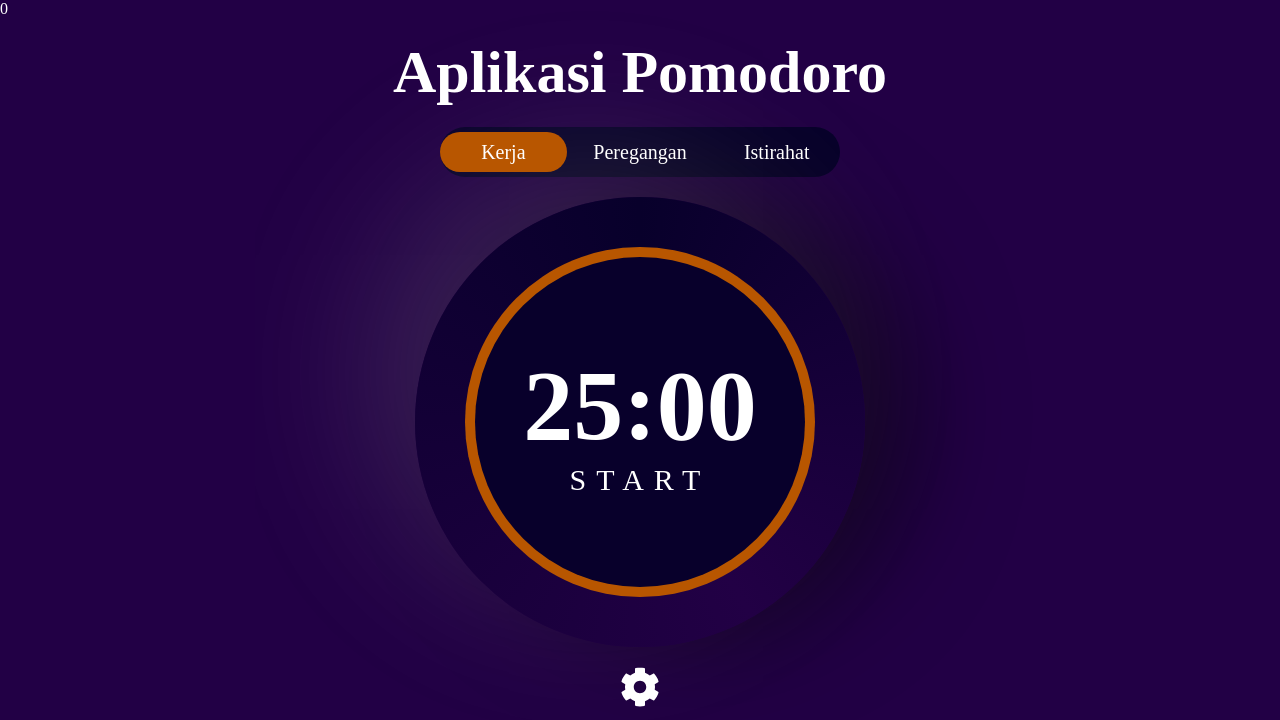
Repository: sellayspy/aplikasiPomodoro
Page: /
The author's editor kept a copy of each file at every save. The page is drawn from the files as they stood at one save, then again after the next save.
The browser window is 1280 px wide. The pictures show the whole page.
The project was rebuilt for these pictures with package versions that can differ from the ones it lists, and the page was loaded fresh each time. Also part of the build but not shown: vite.config.js.

Above is the page before, as saved 2024-11-25 16:19:19.

### index.html
<!DOCTYPE html>
<html lang="en">
  <head>
    <meta charset="UTF-8" />
    <link rel="icon" type="image/svg+xml" href="/vite.svg" />
    <meta name="viewport" content="width=device-width, initial-scale=1.0" />
    <title>Aplikasi Pomodoro</title>
  </head>
  <body>
    <div id="root"></div>
    <script type="module" src="/src/main.jsx"></script>
  </body>
</html>

### src/main.jsx
import { StrictMode } from "react";
import { createRoot } from "react-dom/client";
import { createGlobalStyle, ThemeProvider } from "styled-components";
import App from "./App.jsx";
import StateProvider from "./components/StateProvider.jsx";

const GlobalStyle = createGlobalStyle`

*{
  margin: 0;
  padding: 0;
  box-sizing: border-box;
}

  html,body{
    background-color: ${(props) => props.theme.colors.bg};;
    font-size: 62.5%;
  }

  body{
    font-size: 1.6rem;
    color: white;
  }

`;

const theme = {
  colors: {
    primary: "#b85600",
    secondary: "#08002b",
    bg: "#220045",
  },
};

createRoot(document.getElementById("root")).render(
  <StrictMode>
    <StateProvider>
      <ThemeProvider theme={theme}>
        <GlobalStyle />
        <App />
      </ThemeProvider>
    </StateProvider>
  </StrictMode>
);

### src/App.jsx
import styled from "styled-components";
import Judul from "./components/Judul";
import Timer from "./components/Timer";
import Modal from "./components/Settings/Modal";
import { useState } from "react";
import { FaCog } from "react-icons/fa";

function App() {
  const [isOpen, setIsOpen] = useState(false);

  const onClose = () => {
    setIsOpen(false);
  };
  const onOpen = () => {
    setIsOpen(true);
  };
  return (
    <>
      <Modal onOpen={onOpen} onClose={onClose} />
      <Title>Aplikasi Pomodoro</Title>
      <Judul />
      <Timer />

      <CogIcon onClick={onOpen}>
        <FaCog />
      </CogIcon>
    </>
  );
}

export default App;

const Title = styled.h1`
  font-size: 6rem;
  padding: 2rem 0;
  text-align: center;
`;

const CogIcon = styled.div`
  display: flex;
  justify-content: center;
  font-size: 4rem;
`;

### src/components/StateProvider.jsx
import { createContext, useEffect, useState } from "react";
export const StateContext = createContext();

const StateProvider = ({ children }) => {
  const [waktuKerja, setWaktuKerja] = useState(25 * 60);
  const [peregangan, setPeregangan] = useState(5 * 60);
  const [istirahat, setIstirahat] = useState(30 * 60);

  const [initialWaktu, setInitialWaktu] = useState(0);

  const [activeJudul, setActiveJudul] = useState(0);
  const [progress, setProgress] = useState(55);
  const [time, setTime] = useState(500);
  const [isActive, setIsActive] = useState(false);

  useEffect(() => {
    switch (activeJudul) {
      case 0:
        setTime(waktuKerja);
        setInitialWaktu(waktuKerja);
        break;
      case 1:
        setTime(peregangan);
        setInitialWaktu(peregangan);
        break;
      case 2:
        setTime(istirahat);
        setInitialWaktu(istirahat);
        break;
      default:
        break;
    }
  }, [activeJudul, waktuKerja, peregangan, istirahat]);

  return (
    <StateContext.Provider
      value={{
        activeJudul,
        setActiveJudul,
        progress,
        setProgress,
        isActive,
        setIsActive,
        time,
        setTime,
        initialWaktu,
        setInitialWaktu,
      }}
    >
      {children}
    </StateContext.Provider>
  );
};

export default StateProvider;

### src/components/Judul.jsx
import styled, { css } from "styled-components";
import { useContext } from "react";
import { StateContext } from "./StateProvider";

const Judul = () => {
  const { activeJudul, setActiveJudul } = useContext(StateContext);

  const handleJudulClick = (index) => {
    setActiveJudul(index);
  };
  return (
    <JudulContainer>
      {["Kerja", "Peregangan", "Istirahat"].map((tag, i) => (
        <Tag
          onClick={() => handleJudulClick(i)}
          active={activeJudul === i}
          key={i}
        >
          {tag}
        </Tag>
      ))}
    </JudulContainer>
  );
};

export default Judul;

const JudulContainer = styled.div`
  background: ${(props) => props.theme.colors.secondary};
  height: 5rem;
  width: 40rem;
  margin: 0 auto;
  border-radius: 5rem;
  display: flex;
  gap: 1rem;
  align-items: center;
`;

const Tag = styled.button`
  all: unset;
  height: 4rem;
  text-align: center;
  border-radius: 5rem;
  flex: 1;
  font-size: 2rem;

  ${({ active }) =>
    active &&
    css`
      background: ${(props) => props.theme.colors.primary};
    `}
`;

### src/components/Timer.jsx
import styled from "styled-components";
import TimerProgress from "./TimerProgress";

const Timer = () => {
  return (
    <TimerContainer>
      <TimerProgress />
    </TimerContainer>
  );
};

export default Timer;

const TimerContainer = styled.div`
  background: conic-gradient(
    ${(props) => props.theme.colors.secondary},
    ${(props) => props.theme.colors.bg} 150deg,
    ${(props) => props.theme.colors.secondary}
  );

  width: 45rem;
  height: 45rem;

  margin: 2rem auto;
  border-radius: 50%;
  display: grid;
  place-items: center;
  box-shadow: -50px -50px 150px rgba(158, 158, 158, 0.2),
    50px -10px 100px rgba(0, 0, 0, 0.5);
`;

### src/components/Settings/Modal.jsx
import Backdrop from "./Backdrop";
import ModalContainer from "./ModalContainer";

const Modal = ({ onOpen, onClose }) => {
  return (
    <>
      {onOpen &
      (
        <>
          <Backdrop />
          <ModalContainer onOpen={onOpen} onClose={onClose} />
        </>
      )}
    </>
  );
};

export default Modal;

### src/components/TimerProgress.jsx
import { useContext, useEffect } from "react";
import styled from "styled-components";
import Waktu from "./Waktu";
import { StateContext } from "./StateProvider";
import Timer from "./Timer";

const TimerProgress = () => {
  const { progress, setProgress, time, initialWaktu } =
    useContext(StateContext);

  useEffect(() => {
    setProgress(time / (initialWaktu / 100));
  }, [setProgress, time]);

  return (
    <OuterCircle progress={progress}>
      <InnerCircle>
        <Waktu />
      </InnerCircle>
    </OuterCircle>
  );
};

export default TimerProgress;

const OuterCircle = styled.div`
  width: 35rem;
  height: 35rem;

  border-radius: 50%;
  display: grid;
  place-items: center;
  background: conic-gradient(
    ${(props) => props.theme.colors.primary} ${({ progress }) => progress}%,
    transparent ${({ progress }) => progress}%
  );
`;

const InnerCircle = styled.div`
  width: 33rem;
  height: 33rem;
  background: ${(props) => props.theme.colors.secondary};

  border-radius: 50%;
  display: grid;
  place-items: center;
`;

### src/components/Waktu.jsx
import { useEffect, useContext } from "react";
import styled from "styled-components";
import { StateContext } from "./StateProvider";

const Waktu = () => {
  const { time, setTime, isActive, setIsActive, initialWaktu } =
    useContext(StateContext);
  useEffect(() => {
    if (isActive && time > 0) {
      const interval = setInterval(() => {
        setTime((time) => time - 1);
      }, 1000);

      return () => clearInterval(interval);
    }
  }, [time, isActive]);

  const buttonClick = () => {
    setIsActive(!isActive);
  };

  const buttonReset = () => {
    setTime(initialWaktu);
    setIsActive(false);
  };

  const getTime = (time) => {
    const min = Math.floor(time / 60);
    const sec = time % 60;
    return `${min < 10 ? "0" + min : min}:${sec < 10 ? "0" + sec : sec}`;
  };

  return (
    <ClockContainer>
      <TimerText>{getTime(time)}</TimerText>
      <StartPauseButton onClick={buttonClick}>
        {isActive ? "Pause" : "Start"}
      </StartPauseButton>
      {time === 0 && <ResetButton onClick={buttonReset}>RESET</ResetButton>}
    </ClockContainer>
  );
};

export default Waktu;
const ClockContainer = styled.div`
  display: grid;
  place-items: center;
`;

const TimerText = styled.h3`
  font-size: 10rem;
`;

const StartPauseButton = styled.button`
  all: unset;
  text-align: center;
  font-size: 3rem;
  text-transform: uppercase;
  letter-spacing: 1rem;
`;

const ResetButton = styled(StartPauseButton)`
  color: red;
`;

### src/components/Settings/Backdrop.jsx
import styled from "styled-components";

const Backdrop = () => {
  return <kBackdroop></kBackdroop>;
};

export default Backdrop;

const kBackdroop = styled.div`
  width: 100%;
  height: 100%;
  position: fixed;
  top: 0;
  left: 0;
  z-index: 100;
  background-color: rgba;
`;

### src/components/Settings/ModalContainer.jsx
import styled from "styled-components";

const ModalContainer = ({ onOpen, onClose }) => {
  return (
    <Container>
      <ModalContent>
        <ModalHeader>
          <ModalTitle>Setting</ModalTitle>
          <ModalCloseButton onClick={onClose}>X</ModalCloseButton>
        </ModalHeader>
        <ModalBody></ModalBody>
      </ModalContent>
    </Container>
  );
};

export default ModalContainer;

const Container = styled.div`
  position: absolute;
  height: 100vh;
  width: 100vw;
  display: grid;
  place-items: center;
  z-index: 150;
`;

const ModalContent = styled.div`
  width: 60rem;
  height: 40rem;
  background-color: white;
`;

const ModalHeader = styled.div``;
const ModalTitle = styled.div``;
const ModalCloseButton = styled.div``;
const ModalBody = styled.div``;

After the next save:
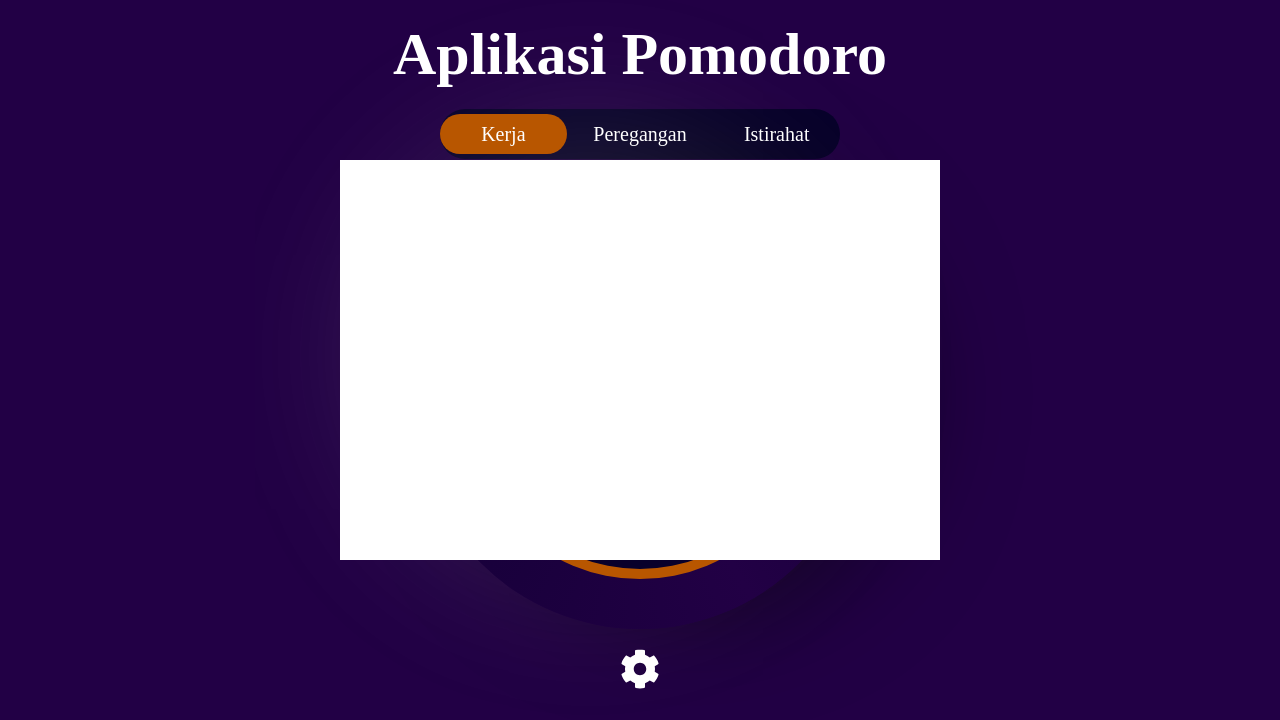
Saved 50 s later.
--- a/src/components/Settings/Modal.jsx
+++ b/src/components/Settings/Modal.jsx
@@ -4,8 +4,7 @@ import ModalContainer from "./ModalContainer";
 const Modal = ({ onOpen, onClose }) => {
   return (
     <>
-      {onOpen &
-      (
+      {onOpen && (
         <>
           <Backdrop />
           <ModalContainer onOpen={onOpen} onClose={onClose} />
